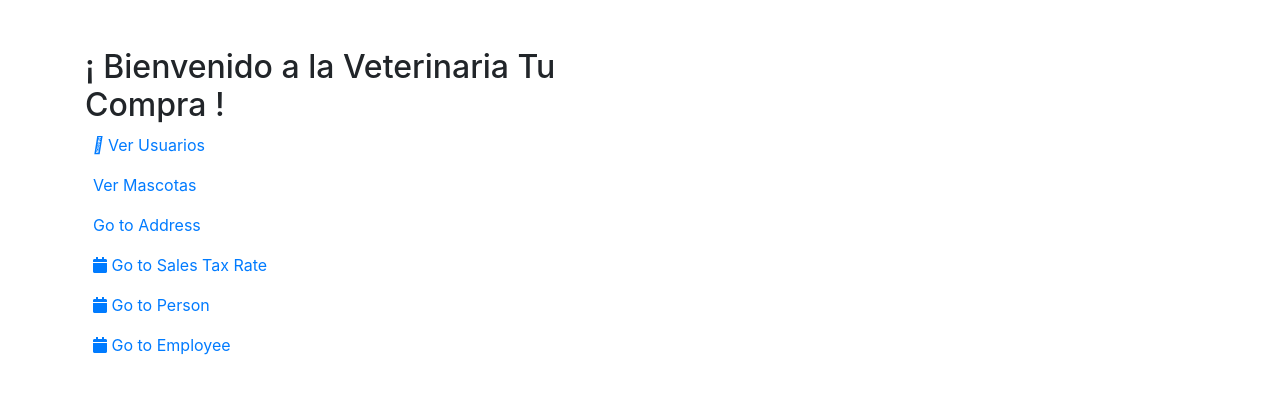
Repository: SebasBarrera/historial-clinico-veterinario
Page: historial-clinico-veterinario-backend/src/main/resources/static/index.html
The author's editor kept a copy of each file at every save. The page is drawn from the files as they stood at one save, then again after the next save.
The browser window is 1280 px wide. The pictures show the whole page.
Some icons come from a web library that is not loaded, so they are not drawn. Some web libraries are served in a nearby version.

Above is the page before, as saved 2023-02-27 01:08:07.

After the next save:
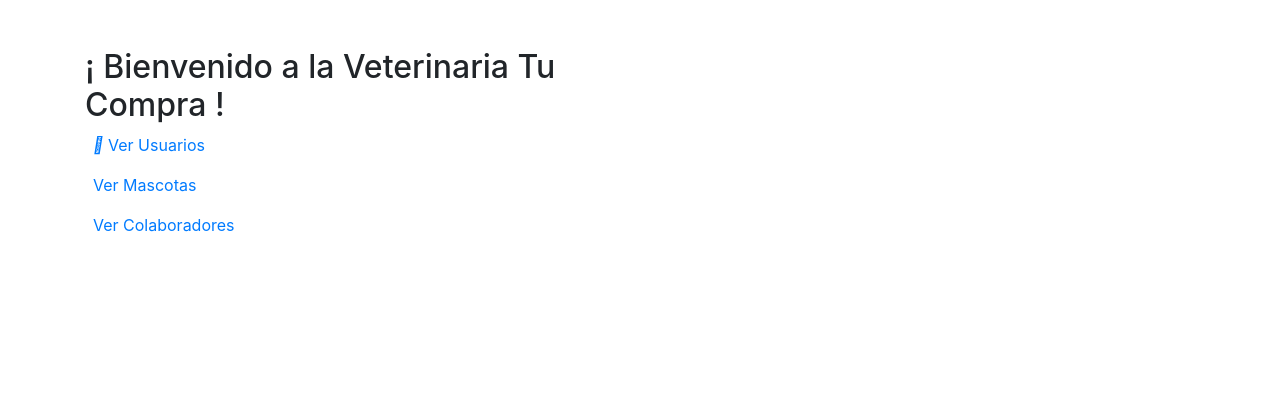
Saved 20 s later.
--- a/historial-clinico-veterinario-backend/src/main/resources/static/index.html
+++ b/historial-clinico-veterinario-backend/src/main/resources/static/index.html
@@ -22,10 +22,7 @@
 
 				<p><a href="/usuario/"><i class="fa-solid fa-user ml-2"></i> Ver Usuarios</a></p>
 				<p><a href="/mascota/"><i class="fa-solid fa-paw-simple ml-2"></i> Ver Mascotas</a></p>
-				<p><a href="/colaborador/"><i class="fa-solid fa-user-doctor ml-2"></i> Go to Address</a></p>
-				<p><a href="/salestaxrate/"><i class="fas fa-calendar ml-2"></i> Go to Sales Tax Rate</a></p>
-				<p><a href="/person/"><i class="fas fa-calendar ml-2"></i> Go to Person</a></p>
-				<p><a href="/employee/"><i class="fas fa-calendar ml-2"></i> Go to Employee</a></p>
+				<p><a href="/colaborador/"><i class="fa-solid fa-user-doctor ml-2"></i> Ver Colaboradores</a></p>
 				<!-- <p><a href="/specialqueries/address/"><i class="fas fa-calendar ml-2"></i> Go to Special Queries</a></p>-->
 				<!--  <a href="/logout" class="btn btn-primary">Logout</a>-->
 			</div>
